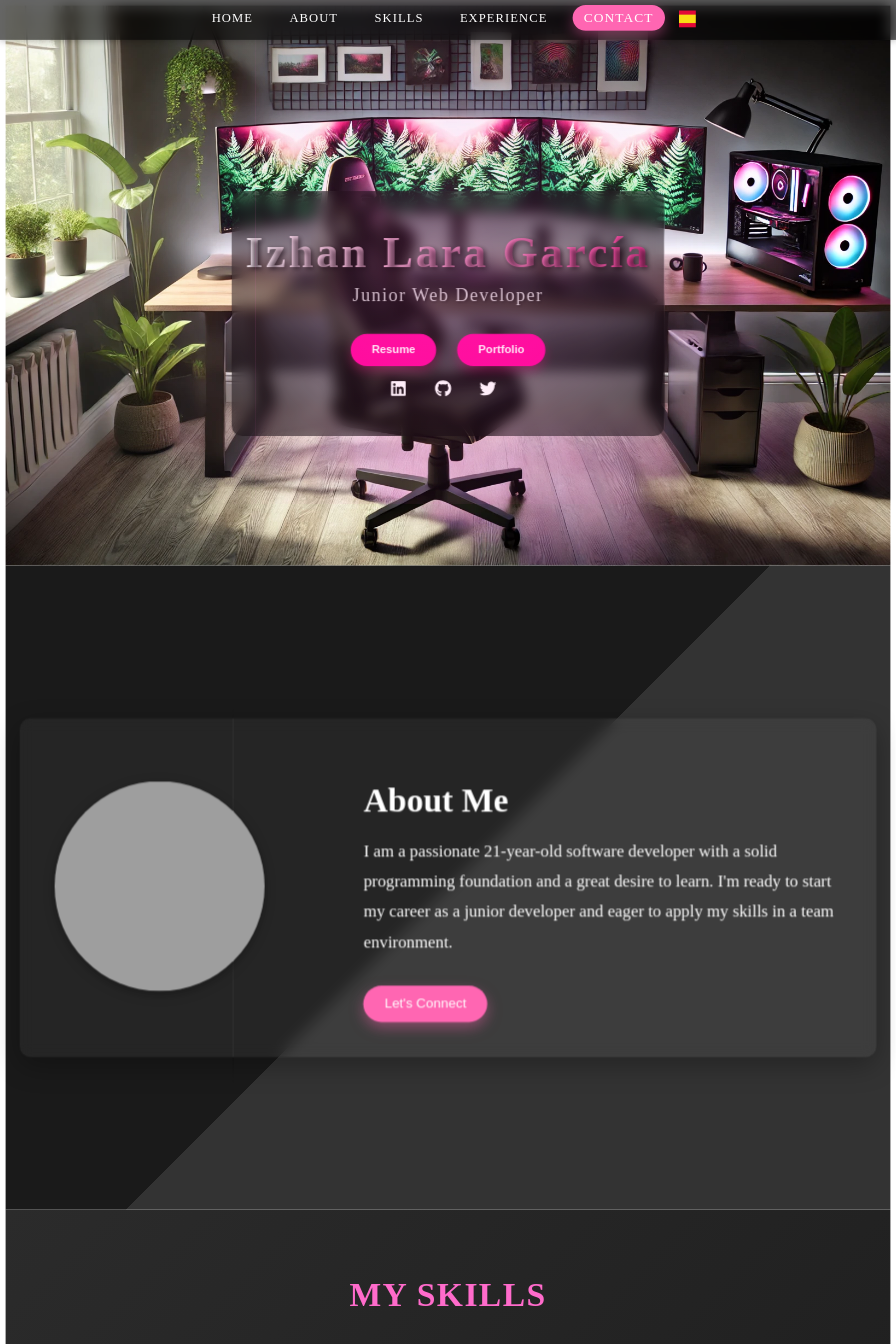
Repository: izhanlaraagarcia/izhanlaraagarcia.github.io
Page: / (app in vite-project/)
The author's editor kept a copy of each file at every save. The page is drawn from the files as they stood at one save, then again after the next save.
The browser window is 1280 px wide. The pictures show the part of the page from y = 0 to 1920 px (the page is 2556 px tall before and 720 px after), at 70% of full size.
Pictures or frames that could not be fetched are drawn as grey boxes. The project was rebuilt for these pictures with package versions that can differ from the ones it lists, and the page was loaded fresh each time. Also part of the build but not shown: vite-project/vite.config.js.

Above is the page before, as saved 2024-09-18 12:54:58.

### vite-project/index.html
<!doctype html>
<html lang="en">

<head>
  <meta charset="UTF-8" />
  <link rel="shortcut icon" href="./public/favicon.ico" type="image/x-icon">
  <meta name="viewport" content="width=device-width, initial-scale=1.0" />
  <title>IzzyLG</title>
</head>

<body>
  <div id="root"></div>
  <script type="module" src="/src/main.jsx"></script>
</body>

</html>

### vite-project/src/App.jsx
// App.js
import React, { useState } from 'react';
import HeaderComponent from './components/HeaderComponent';
// import { Link } from 'react-scroll';


function App() {
  const [language, setLanguage] = useState('en');

  const toggleLanguage = () => {
    setLanguage(prevLang => (prevLang === 'en' ? 'es' : 'en'));
  };
  return (
    <div className="App">
      <HeaderComponent onLanguageToggle={toggleLanguage} />
    </div>
  );
}

export default App;

### vite-project/src/components/HeaderComponent.jsx
import React, { useState } from 'react';
import { motion } from 'framer-motion';
import { Link } from 'react-scroll';
import { FaLinkedin, FaGithub, FaTwitter } from 'react-icons/fa';
import USFlag from '../assets/us-flag.png';
import ESFlag from '../assets/es-flag.png';
import AboutComponent from './AboutComponent';  // Asegúrate de importar el componente About
import SkillsComponent from './SkillsComponent';

const HeaderComponent = () => {
  const [language, setLanguage] = useState('en');

  const translations = {
    en: {
      name: "Izhan Lara García",
      title: "Junior Web Developer",
      resume: "Resume",
      portfolio: "Portfolio",
      menu: {
        home: "Home",
        about: "About",
        skills: "Skills",
        experience: "Experience",
        contact: "Contact",
      },
      about: {
        title: "About Me",
        description: "I am a passionate web developer with a love for creating dynamic and interactive web experiences. With over 5 years of experience in web development, I specialize in React, JavaScript, and CSS animations. My goal is to craft meaningful and visually stunning websites.",
        skills: "Skills & Expertise",
        skillsList: ["Web Development", "UI/UX Design", "JavaScript", "React", "CSS Animations"],
        button: "Contact Me",
      },
    },
    es: {
      name: "Izhan Lara García",
      title: "Desarrollador Web Junior",
      resume: "Currículum",
      portfolio: "Portafolio",
      menu: {
        home: "Inicio",
        about: "Sobre mí",
        skills: "Habilidades",
        experience: "Experiencia",
        contact: "Contacto",
      },
      about: {
        title: "Sobre Mí",
        description: "Soy un desarrollador web apasionado con amor por crear experiencias web dinámicas e interactivas. Con más de 5 años de experiencia en desarrollo web, me especializo en React, JavaScript y animaciones CSS. Mi objetivo es crear sitios web significativos y visualmente impactantes.",
        skills: "Habilidades & Experiencia",
        skillsList: ["Desarrollo Web", "Diseño UI/UX", "JavaScript", "React", "Animaciones CSS"],
        button: "Contáctame",
      },
    },
  };

  const toggleLanguage = () => {
    setLanguage((prevLang) => (prevLang === 'en' ? 'es' : 'en'));
  };

  return (
    <>
      <header className="header" id="header">
        <nav className="nav">
          <ul className="nav-list">
            <li><Link to="header" smooth={true}>{translations[language].menu.home}</Link></li>
            <li><Link to="about" smooth={true}>{translations[language].menu.about}</Link></li>
            <li><Link to="skills" smooth={true}>{translations[language].menu.skills}</Link></li>
            <li><Link to="experience" smooth={true}>{translations[language].menu.experience}</Link></li>
            <li><Link to="footer" smooth={true} className="contact-btn">{translations[language].menu.contact}</Link></li>

            <li className="lang-btn-wrapper">
              <button className="lang-btn" onClick={toggleLanguage}>
                {language === 'en' ? (
                  <img src={ESFlag} alt="Spanish Flag" className="flag-icon" />
                ) : (
                  <img src={USFlag} alt="US Flag" className="flag-icon" />
                )}
              </button>
            </li>
          </ul>
        </nav>

        <motion.div
          className="header-content"
          initial={{ opacity: 0 }}
          animate={{ opacity: 1 }}
          transition={{ duration: 1.5 }}
        >
          <motion.h1
            className="header-title"
            initial={{ scale: 0, y: -100 }}
            animate={{ scale: [1.2, 1], y: 0 }}
            transition={{ duration: 1, ease: "easeOut" }}
            whileHover={{ scale: 1.05, color: "#f09" }}
          >
            {translations[language].name}
          </motion.h1>

          <p className="header-subtitle">
            {translations[language].title}
          </p>

          <div className="header-buttons">
            <motion.button whileHover={{ scale: 1.1 }} className="btn">
              {translations[language].resume}
            </motion.button>
            <motion.button whileHover={{ scale: 1.1 }} className="btn">
              {translations[language].portfolio}
            </motion.button>
          </div>

          <div className="social-icons">
            <motion.a href="https://linkedin.com" target="_blank" whileHover={{ scale: 1.1 }}><FaLinkedin /></motion.a>
            <motion.a href="https://github.com" target="_blank" whileHover={{ scale: 1.1 }}><FaGithub /></motion.a>
            <motion.a href="https://twitter.com" target="_blank" whileHover={{ scale: 1.1 }}><FaTwitter /></motion.a>
          </div>
        </motion.div>
      </header>

      {/* Pasa el estado de idioma y las traducciones al componente About */}
      <AboutComponent language={language} translations={translations} />
      <SkillsComponent language={language} />

    </>
  );
};

export default HeaderComponent;

### vite-project/src/components/AboutComponent.jsx
import React from 'react';
import { motion } from 'framer-motion';

// Variantes de animación para un efecto impresionante
const containerVariants = {
  hidden: { opacity: 0, y: 100 },
  visible: {
    opacity: 1,
    y: 0,
    transition: { duration: 1.2, ease: "easeOut", when: "beforeChildren", staggerChildren: 0.3 }
  },
};

const textVariants = {
  hidden: { opacity: 0, y: 20 },
  visible: { opacity: 1, y: 0, transition: { duration: 1, ease: "easeOut" } }
};

const buttonVariants = {
  hover: {
    scale: 1.1,
    backgroundColor: "#ff66b2",
    transition: { duration: 0.3, yoyo: Infinity }
  }
};

const AboutComponent = ({ language }) => {
  const translations = {
    en: {
      title: "About Me",
      description: "I am a passionate 21-year-old software developer with a solid programming foundation and a great desire to learn. I'm ready to start my career as a junior developer and eager to apply my skills in a team environment.",
      button: "Let's Connect",
    },
    es: {
      title: "Sobre Mí",
      description: "Soy un apasionado desarrollador de software de 21 años con una sólida base en programación y un gran deseo de aprender. Estoy listo para comenzar mi carrera como desarrollador junior y aplicar mis habilidades en un entorno de equipo.",
      button: "Conectemos",
    },
  };

  const t = translations[language] || translations['en'];

  return (
    <section id="about" className="about-section">
      <motion.div
        className="about-content"
        variants={containerVariants}
        initial="hidden"
        animate="visible"
      >
        <motion.div
          className="profile-image-wrapper"
          whileHover={{ scale: 1.05, rotate: 3 }}
          transition={{ duration: 0.6, ease: "easeOut" }}
        >
          <img
            src="https://fiverr-res.cloudinary.com/images/t_main1,q_auto,f_auto,q_auto,f_auto/gigs/343888962/original/6390876df1dceff78be91e8b27e84e33a85e5248/design-animated-discord-pfp-banner-avatar-and-icon.jpg"
            alt="Profile"
            className="profile-image"
          />
        </motion.div>

        <motion.div className="about-text" variants={textVariants}>
          <h2 className="about-title">{t.title}</h2>
          <p className="about-description">{t.description}</p>

          <motion.button
            className="contact-btn"
            variants={buttonVariants}
            whileHover="hover"
          >
            {t.button}
          </motion.button>
        </motion.div>
      </motion.div>
    </section>
  );
};

export default AboutComponent;

### vite-project/src/components/SkillsComponent.jsx
import React from 'react';
import { motion } from 'framer-motion';

const SkillsComponent = ({ language }) => {
  // Traducciones para los títulos y habilidades
  const translations = {
    en: {
      title: 'My Skills',
      skills: [
        { name: 'Problem Solving', level: '90%' },
        { name: 'Communication', level: '85%' },
        { name: 'Work under Pressure', level: '80%' },
        { name: 'Technical Knowledge', level: '75%' },
        { name: 'Continuous Learning', level: '85%' },
        { name: 'Teamwork', level: '80%' },
      ],
    },
    es: {
      title: 'Mis Habilidades',
      skills: [
        { name: 'Resolución de problemas', level: '90%' },
        { name: 'Comunicación', level: '85%' },
        { name: 'Trabajo bajo presión', level: '80%' },
        { name: 'Conocimiento técnico', level: '75%' },
        { name: 'Aprendizaje continuo', level: '85%' },
        { name: 'Trabajo en equipo', level: '80%' },
      ],
    },
  };

  const t = translations[language] || translations.en; // Traducción en función del idioma

  const containerVariants = {
    hidden: { opacity: 0 },
    visible: {
      opacity: 1,
      transition: { staggerChildren: 0.2, delayChildren: 0.5 },
    },
  };

  const barVariants = {
    hidden: { width: '0%' },
    visible: (level) => ({
      width: level,
      transition: { duration: 2, type: 'spring', stiffness: 100 },
    }),
  };

  return (
    <motion.section
      id="skills"
      className="skills full-screen"
      initial="hidden"
      animate="visible"
      variants={containerVariants}
    >
      <motion.h3
        className="skills-title"
        initial={{ scale: 0 }}
        animate={{ scale: 1 }}
        transition={{ type: 'spring', stiffness: 200, duration: 1.5 }}
      >
        {t.title} {/* Título en función del idioma */}
      </motion.h3>

      <div className="skill-bars">
        {t.skills.map((skill, idx) => (
          <div key={idx} className="skill">
            <motion.span
              className="skill-name"
              initial={{ opacity: 0, y: -50 }}
              animate={{ opacity: 1, y: 0 }}
              transition={{ duration: 1, ease: 'easeOut' }}
            >
              {skill.name} {/* Nombre de la habilidad traducida */}
            </motion.span>
            <motion.div
              className="bar"
              custom={skill.level}
              variants={barVariants}
              initial="hidden"
              animate="visible"
            />
          </div>
        ))}
      </div>
    </motion.section>
  );
};

export default SkillsComponent;

### vite-project/src/components/FooterComponent.jsx
import React from 'react';
import { motion } from 'framer-motion';
import { FaEnvelope, FaPhone, FaLinkedin, FaGithub } from 'react-icons/fa';

const FooterComponent = ({ language }) => {
  // Traducciones para el footer
  const translations = {
    en: {
      contactTitle: "Contact Me",
      location: "Izhan Lara García | Palma de Mallorca",
      email: "Email: izhanlara@gmail.com",
      phone: "Phone: +34 672 486 479",
      messageTitle: "Send a Message",
      followTitle: "Follow Me",
    },
    es: {
      contactTitle: "Contáctame",
      location: "Izhan Lara García | Palma de Mallorca",
      email: "Correo Electrónico: izhanlara@gmail.com",
      phone: "Teléfono: +34 672 486 479",
      messageTitle: "Envíame un Mensaje",
      followTitle: "Sígueme",
    },
  };

  const t = translations[language] || translations.en; // Traducción en función del idioma

  return (
    <motion.footer
      id="footer"
      className="footer"
      initial={{ opacity: 0 }}
      whileInView={{ opacity: 1 }}
      transition={{ duration: 1 }}
    >
      <div className="footer-content">
        <div className="contact-info">
          <h3>{t.contactTitle}</h3>
          <p>{t.location}</p>
          <p><FaEnvelope /> {t.email}</p>
          <p><FaPhone /> {t.phone}</p>
        </div>

        <div className="contact-form">
          <h3>{t.messageTitle}</h3>
          <form>
            <input type="text" placeholder={language === 'en' ? "Your Name" : "Tu Nombre"} required />
            <input type="email" placeholder={language === 'en' ? "Your Email" : "Tu Correo Electrónico"} required />
            <textarea placeholder={language === 'en' ? "Your Message" : "Tu Mensaje"} required></textarea>
            <motion.button
              type="submit"
              whileHover={{ scale: 1.05 }}
              transition={{ duration: 0.3 }}
              className="submit-btn"
            >
              {language === 'en' ? "Send" : "Enviar"}
            </motion.button>
          </form>
        </div>

        <div className="social-links">
          <h3>{t.followTitle}</h3>
          <motion.a
            whileHover={{ scale: 1.2 }}
            transition={{ duration: 0.3 }}
            href="https://linkedin.com"
            aria-label="LinkedIn"
          >
            <FaLinkedin />
          </motion.a>
          <motion.a
            whileHover={{ scale: 1.2 }}
            transition={{ duration: 0.3 }}
            href="https://github.com"
            aria-label="GitHub"
          >
            <FaGithub />
          </motion.a>
        </div>
      </div>

      <div className="footer-bottom">
        <p>&copy; {new Date().getFullYear()} Izhan Lara García</p>
      </div>
    </motion.footer>
  );
};

export default FooterComponent;

Loaded but not shown: vite-project/src/main.jsx (common file); vite-project/src/index.css (522 lines, source omitted)

After the next save:
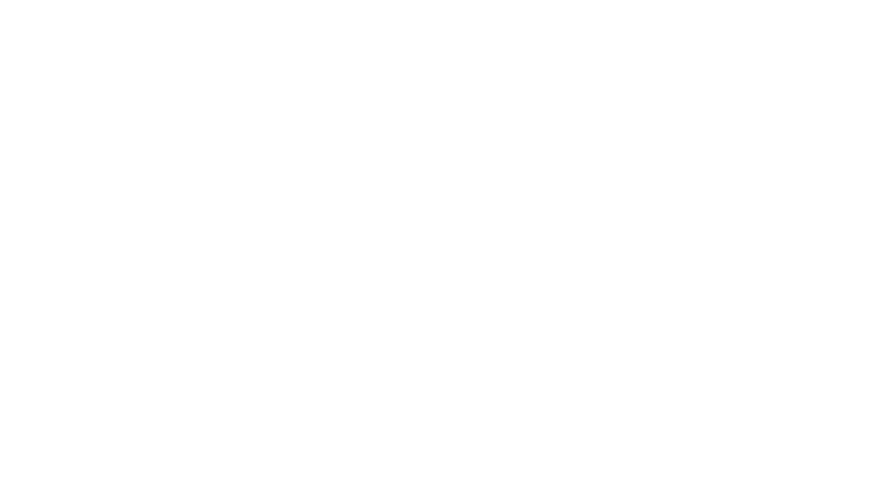
Console error: ReferenceError: FooterComponent is not defined
Saved 9 s later.
--- a/vite-project/src/components/HeaderComponent.jsx
+++ b/vite-project/src/components/HeaderComponent.jsx
@@ -120,6 +120,8 @@
       {/* Pasa el estado de idioma y las traducciones al componente About */}
       <AboutComponent language={language} translations={translations} />
       <SkillsComponent language={language} />
+      <FooterComponent language={language} />
+
 
     </>
   );

After the 5 saves that followed:
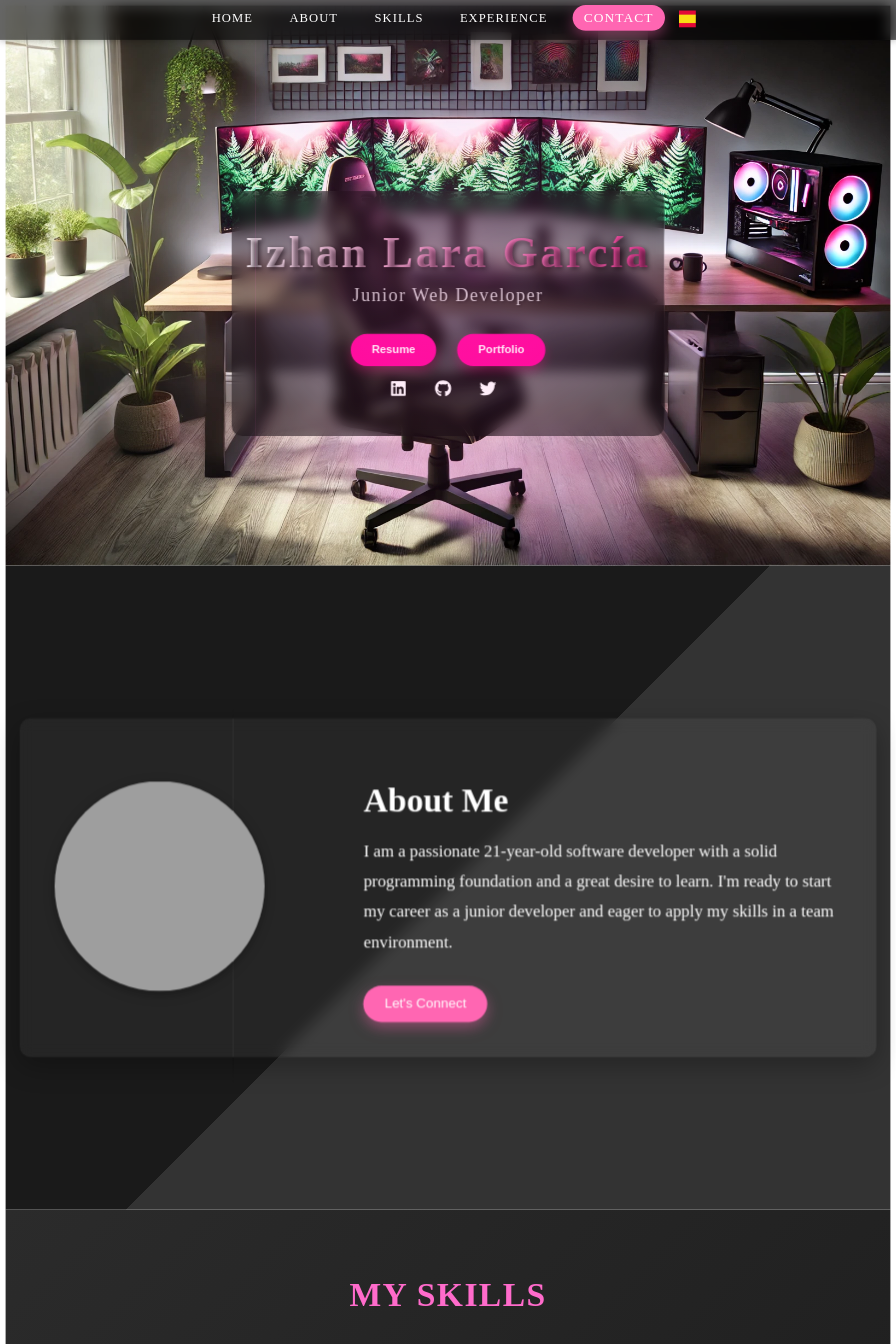
The error is gone.
The 5 saves are shown as one change because 2 left the picture as it was and some came seconds apart.
The last was saved 43 s later.
--- a/vite-project/src/App.jsx
+++ b/vite-project/src/App.jsx
@@ -1,8 +1,6 @@
 // App.js
 import React, { useState } from 'react';
 import HeaderComponent from './components/HeaderComponent';
-// import { Link } from 'react-scroll';
-
 
 function App() {
   const [language, setLanguage] = useState('en');
--- a/vite-project/src/components/HeaderComponent.jsx
+++ b/vite-project/src/components/HeaderComponent.jsx
@@ -6,6 +6,7 @@
 import ESFlag from '../assets/es-flag.png';
 import AboutComponent from './AboutComponent';  // Asegúrate de importar el componente About
 import SkillsComponent from './SkillsComponent';
+import FooterComponent from './FooterComponent';;
 
 const HeaderComponent = () => {
   const [language, setLanguage] = useState('en');
@@ -121,8 +122,6 @@
       <AboutComponent language={language} translations={translations} />
       <SkillsComponent language={language} />
       <FooterComponent language={language} />
-
-
     </>
   );
 };
